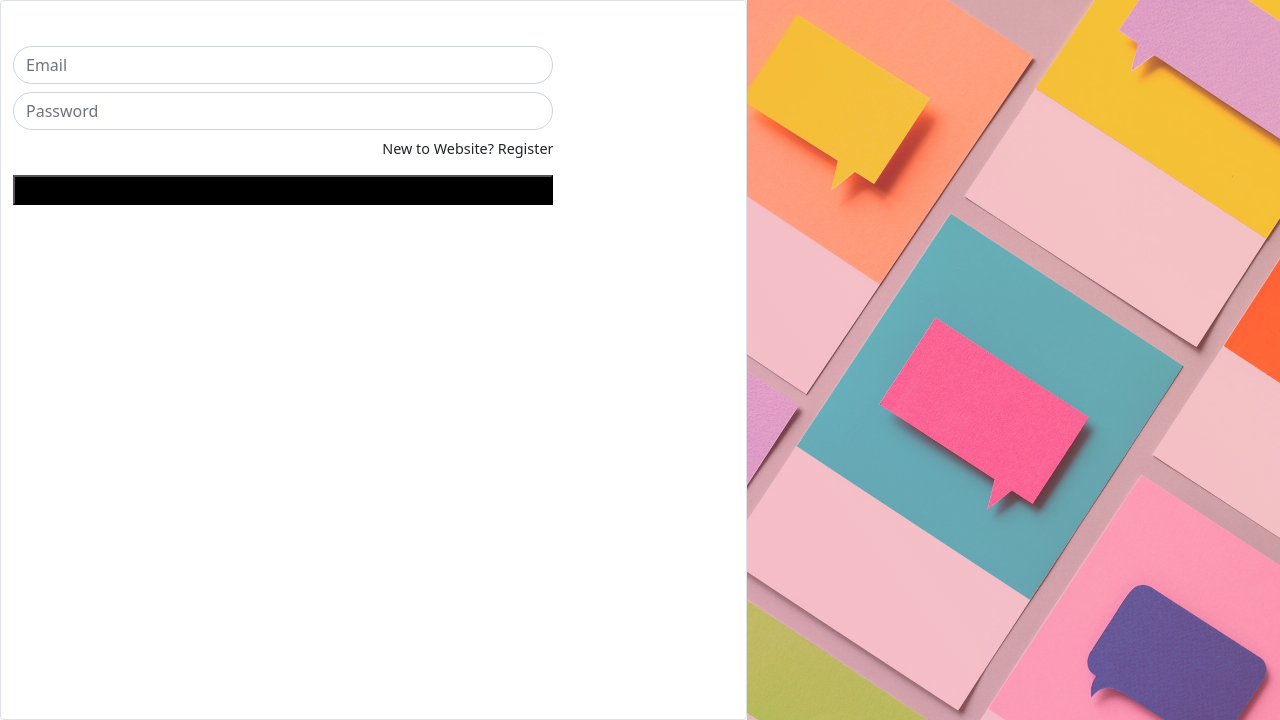
Repository: SaudCh/React-login
Page: /login
The author's editor kept a copy of each file at every save. The page is drawn from the files as they stood at one save, then again after the next save.
The browser window is 1280 px wide. The pictures show the whole page.
The project was rebuilt for these pictures with package versions that can differ from the ones it lists, and the page was loaded fresh each time. Also part of the build but not shown: src/Components/Register/RegsiterCss.js, src/Components/Register/RegisterValidation.js, src/Components/Register/Register.jsx, src/Components/Home/Home.jsx.

Above is the page before, as saved 2022-02-06 12:26:16.

After the next save:
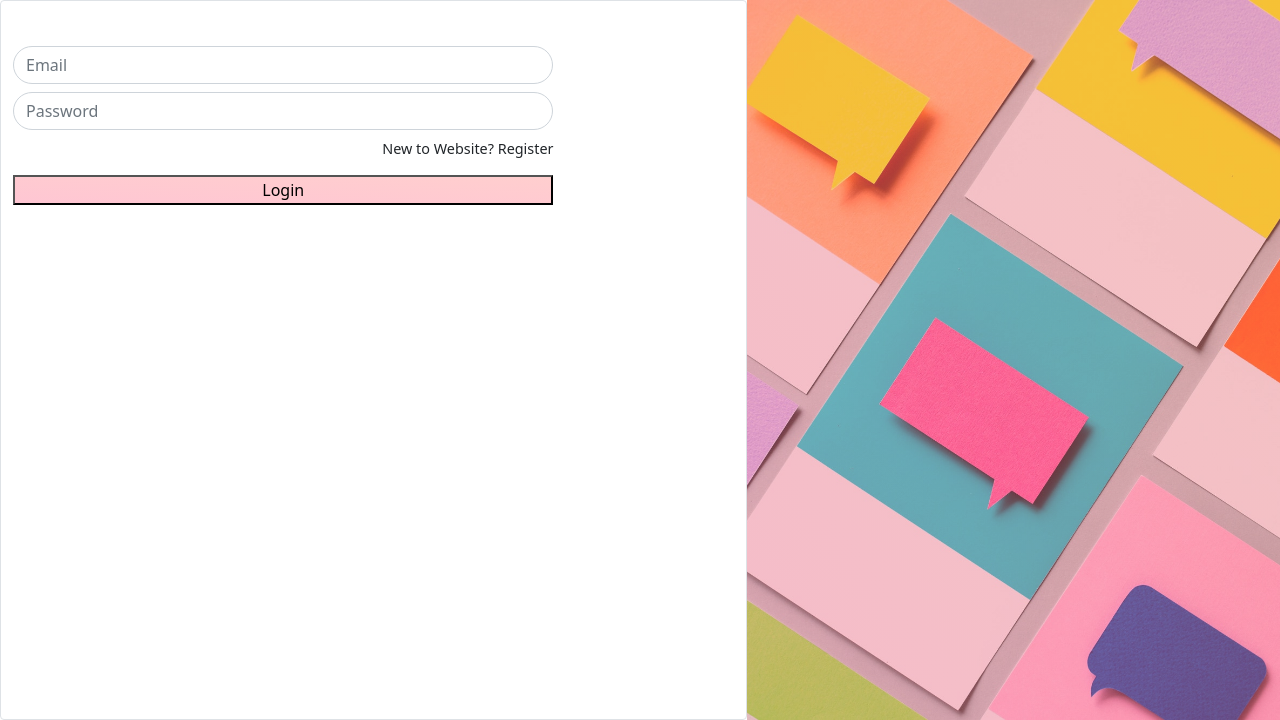
Saved 31 s later.
--- a/src/Components/Login/Login.css
+++ b/src/Components/Login/Login.css
@@ -12,7 +12,7 @@
 
 .login-btn{
   width: 100%;
-  background-color: black;
+  background: linear-gradient(to top right, var(--primary), var(--secondary))
 }
 
 input:hover,
